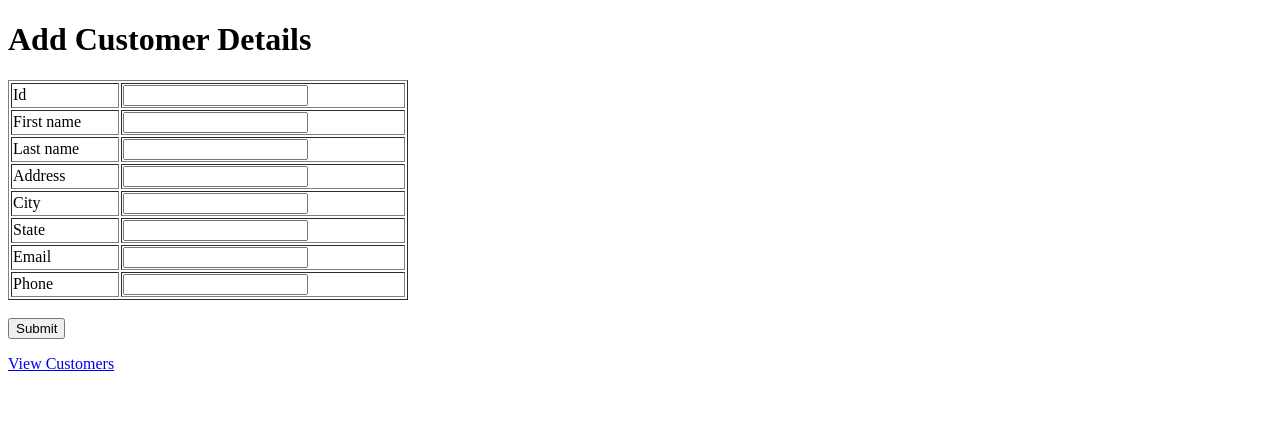
Repository: Shamanth-S/Customer-management
Page: User Management/src/main/webapp/add.html
These files come from the project's save history. The page is drawn as it stood at one moment and after the next save; the edit follows.
The browser window is 1280 px wide. The pictures show the whole page.

Above is the page before, as saved 2023-09-07 06:17:34.

### User Management/src/main/webapp/add.html
<!DOCTYPE html>
<html>
<head>
<meta charset="UTF-8">
<title>Add Customer</title>
</head>
<body class = "text-center">
	<h1>Add Customer Details</h1>
	<form method = "POST" action = "Customer">
		<table width = "400px" border = "1">

			<tr>
				<td>Id</td>
				<td><input type = "text" name = "id" id = "id"></td>
			</tr>

			<tr>
				<td>First name</td>
				<td><input type = "text" name = "firstname" id = "firstname"></td>
			</tr>

			<tr>
				<td>Last name</td>
				<td><input type = "text" name = "lastname" id = "lastname"></td>
			</tr>

			<tr>
				<td>Address</td>
				<td><input type = "text" name = "address" id = "address"></td>
			</tr>

			<tr>
				<td>City</td>
				<td><input type = "text" name = "city" id = "city"></td>
			</tr>

			<tr>
				<td>State</td>
				<td><input type = "text" name = "state" id = "state"></td>
			</tr>

			<tr>
				<td>Email</td>
				<td><input type = "text" name = "email" id = "email"></td>
			</tr>

			<tr>
				<td>Phone</td>
				<td><input type = "text" name = "phone" id = "phone"></td>
			</tr>
		</table><br>
		<input type = "submit" value = "Submit">
	</form>
	<p><a href = "ViewCustomer">View Customers</a></p>
</body>
</html>

After the next save:
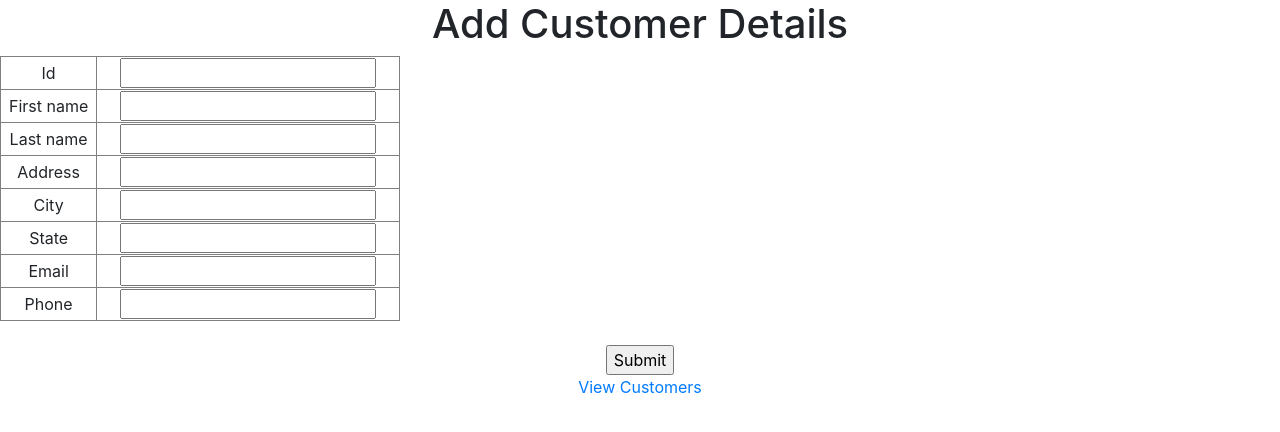
Saved 47 s later.
--- a/User Management/src/main/webapp/add.html
+++ b/User Management/src/main/webapp/add.html
@@ -3,6 +3,7 @@
 <head>
 <meta charset="UTF-8">
 <title>Add Customer</title>
+    <link rel="stylesheet" href="https://maxcdn.bootstrapcdn.com/bootstrap/4.5.2/css/bootstrap.min.css">
 </head>
 <body class = "text-center">
 	<h1>Add Customer Details</h1>
